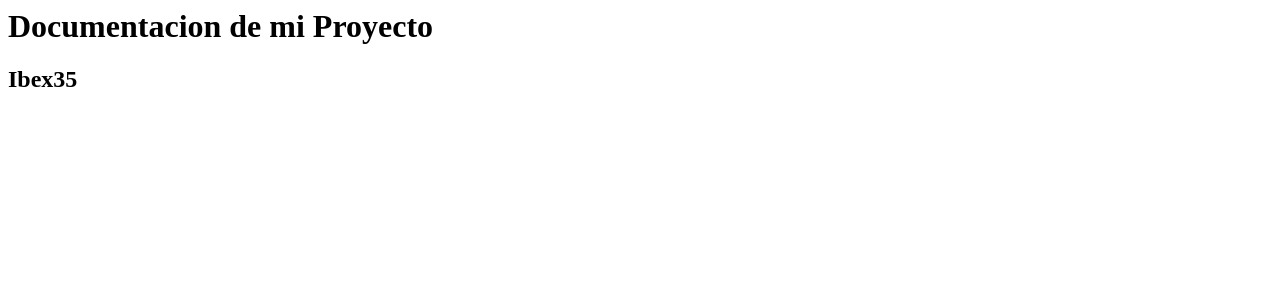
Repository: anderlss04/Reto_2_Evaluacion
Page: README.html
An editor plug-in stored every save of this project. The page is shown before and after the next save, followed by the edit.
The browser window is 1280 px wide. The pictures show the whole page.

Above is the page before, as saved 2023-02-08 11:35:42.

After the next save:
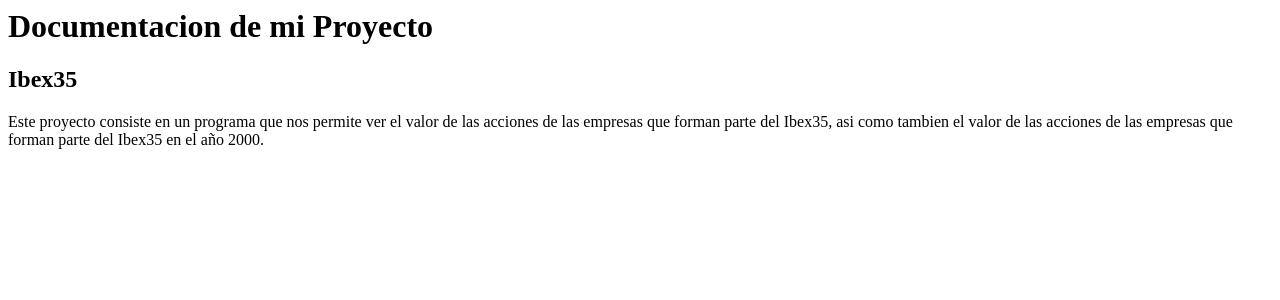
Saved 8 s later.
--- a/README.html
+++ b/README.html
@@ -1,2 +1,3 @@
 <h1>Documentacion de mi Proyecto</h1>
 <h2>Ibex35</h2>
+<p>Este proyecto consiste en un programa que nos permite ver el valor de las acciones de las empresas que forman parte del Ibex35, asi como tambien el valor de las acciones de las empresas que forman parte del Ibex35 en el año 2000.</p>
